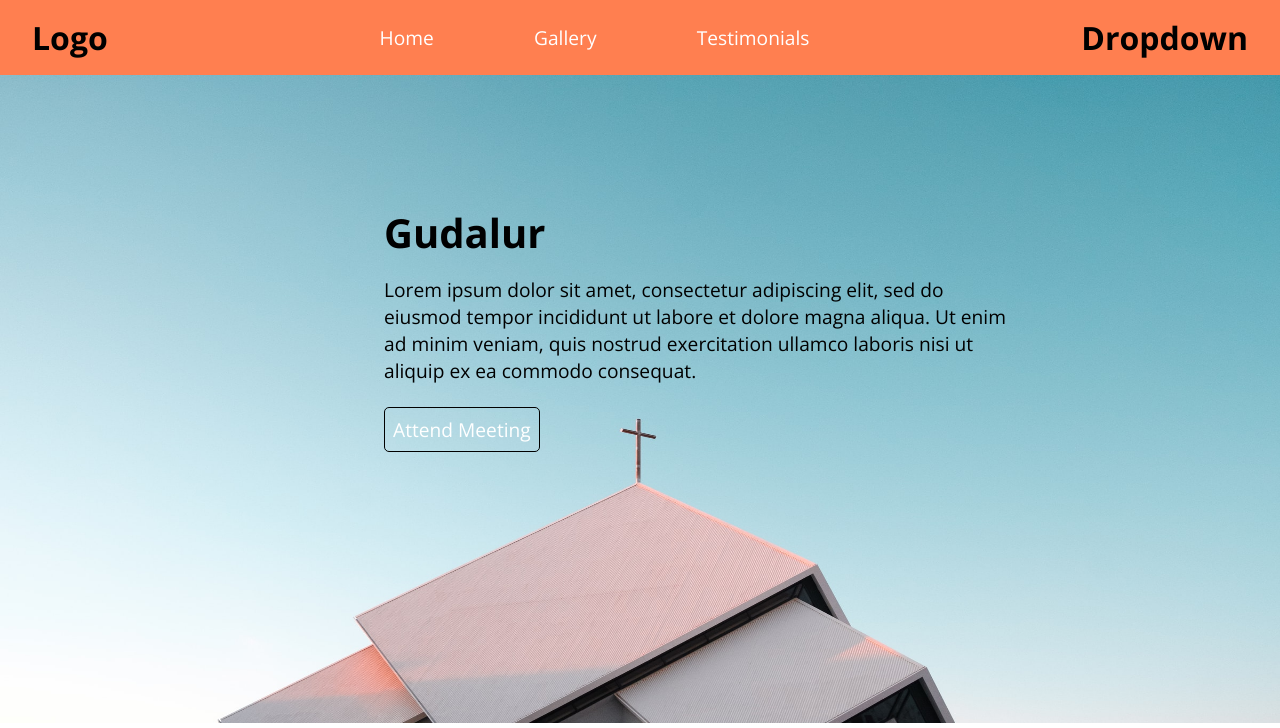
Repository: Imprasna/church
Page: index.html
These files come from the project's save history. The page is drawn as it stood at one moment and after the next save; the edit follows.
The browser window is 1280 px wide. The pictures show the whole page.
The pointer rests on the first visible `.cta`.

Above is the page before, as saved 2022-01-18 23:00:32.

After the next save:
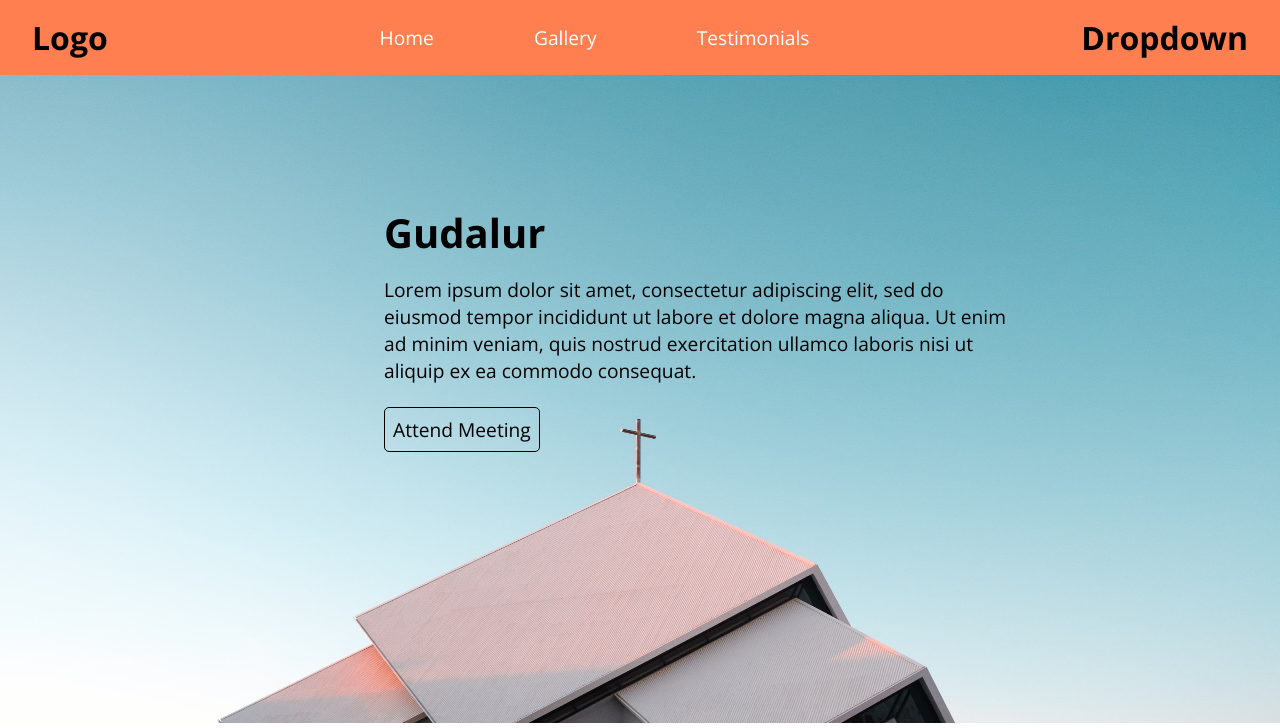
Saved 8 s later.
--- a/style.css
+++ b/style.css
@@ -80,5 +80,5 @@ nav > a {
 .cta:hover {
     background: transparent;
     border: 1px solid var(--secondary-color);
-    color: var(--primary-color);
+    color: var(--secondary-color);
 }
